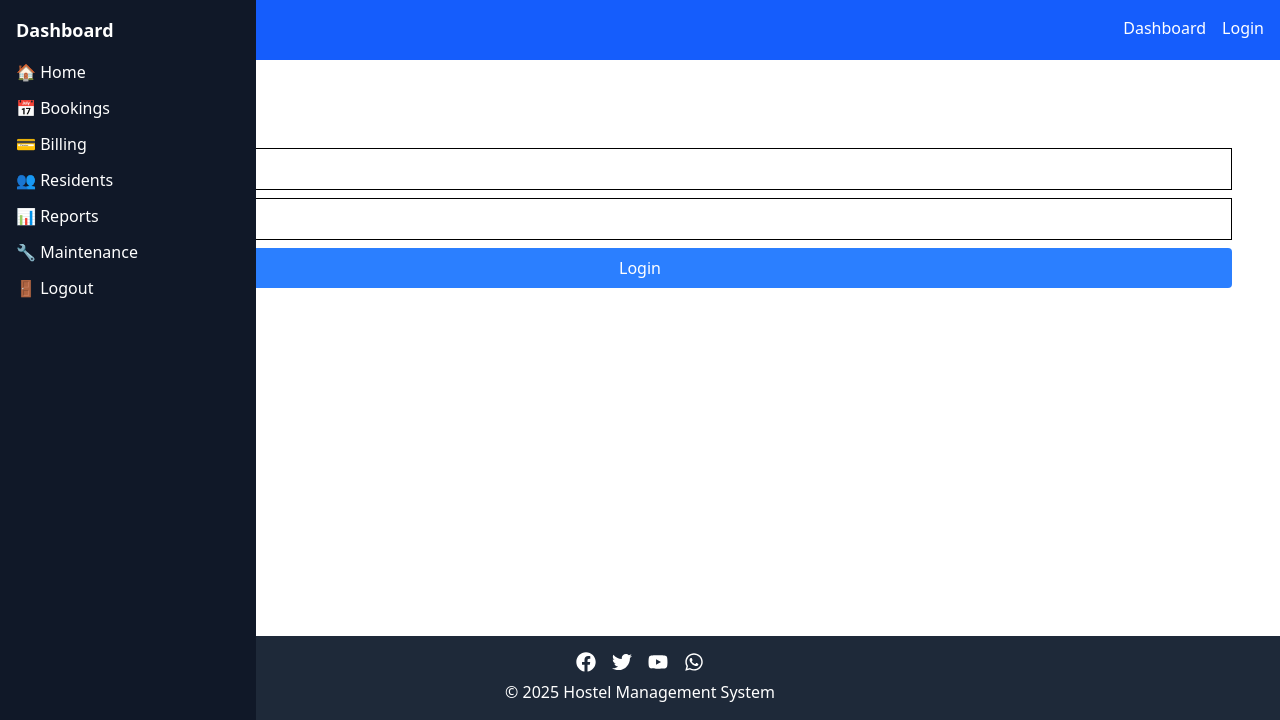
Repository: Meenakshi-commits/hostel_client
Page: /Dashboard
These files come from the project's save history. The page is drawn as it stood at one moment and after the next save; the edit follows.
The browser window is 1280 px wide. The pictures show the whole page.
The page's requests for data from a server got no answer. An inner scrolling area shows only its first screen. The project was rebuilt for these pictures with package versions that can differ from the ones it lists, and the page was loaded fresh each time. No one was signed in, and anything a server would have sent is missing. Also part of the build but not shown: vite.config.js, src/pages/HomePage.jsx, src/pages/Dashboard.jsx, src/pages/Booking.jsx, src/services/PaymentService.js, src/pages/Payment.jsx, src/pages/HostelDetails.jsx, src/pages/Maintenance.jsx and 4 more.

Above is the page before, as saved 2025-02-28 19:31:03.

After the next save:
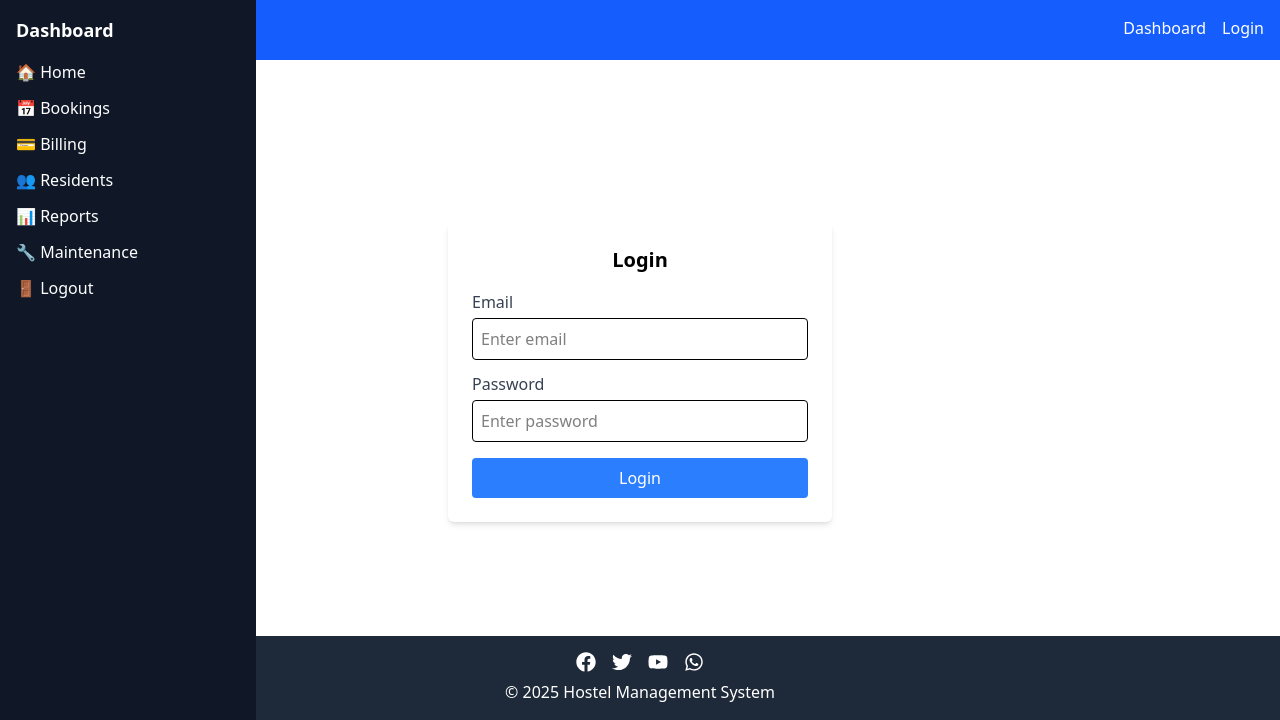
Saved 31 s later.
--- a/src/pages/Login.jsx
+++ b/src/pages/Login.jsx
@@ -12,14 +12,37 @@ const Login = () => {
   };
 
   return (
-    <div className="p-6">
-      <h2 className="text-2xl font-bold">Login</h2>
-      <form onSubmit={handleSubmit} className="flex flex-col">
-        <input type="email" placeholder="Email" value={email} onChange={(e) => setEmail(e.target.value)} className="border p-2 mt-2"/>
-        <input type="password" placeholder="Password" value={password} onChange={(e) => setPassword(e.target.value)} className="border p-2 mt-2"/>
-        <button type="submit" className="mt-2 px-4 py-2 bg-blue-500 text-white rounded">Login</button>
+    <div className="flex justify-center items-center min-h-[80vh]">
+    <div className="bg-white p-6 shadow-md rounded-md w-full max-w-sm">
+      <h2 className="text-xl font-bold text-center">Login</h2>
+      <form onSubmit={handleSubmit} className="flex flex-col mt-4">
+        <label className="text-gray-700">Email</label>
+        <input
+          type="email"
+          placeholder="Enter email"
+          value={email}
+          onChange={(e) => setEmail(e.target.value)}
+          className="border p-2 rounded mt-1"
+        />
+
+        <label className="text-gray-700 mt-3">Password</label>
+        <input
+          type="password"
+          placeholder="Enter password"
+          value={password}
+          onChange={(e) => setPassword(e.target.value)}
+          className="border p-2 rounded mt-1"
+        />
+
+        <button
+          type="submit"
+          className="mt-4 bg-blue-500 text-white py-2 rounded hover:bg-blue-600"
+        >
+          Login
+        </button>
       </form>
     </div>
+  </div>
   );
 };
 
